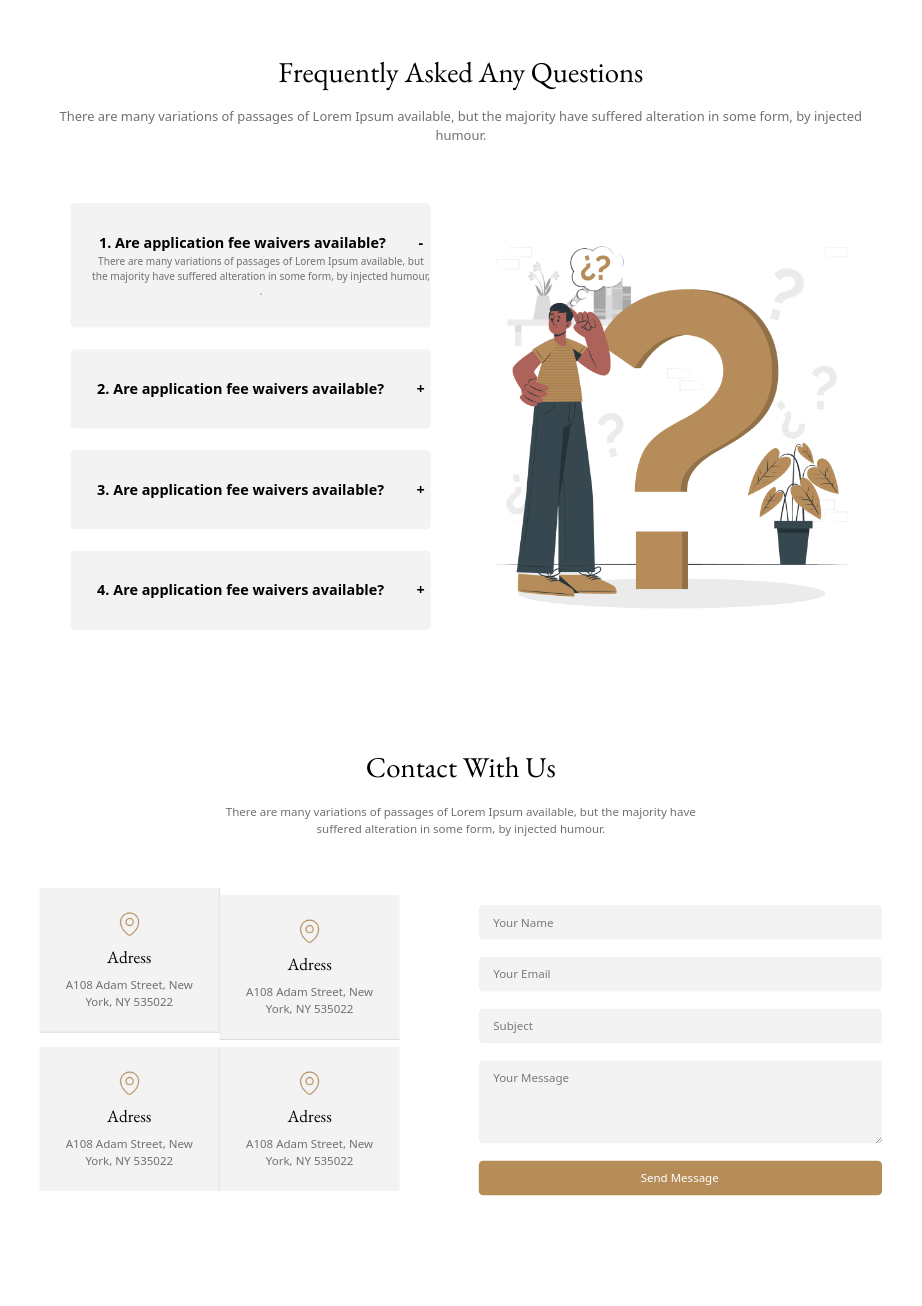
Repository: nahid-hasann/website-6
Page: index.html
An editor plug-in stored every save of this project. The page is shown before and after the next save, followed by the edit.
The browser window is 1280 px wide. The pictures show the whole page, at 72% of full size.

Above is the page before, as saved 2025-07-22 14:24:30.

### index.html
<!DOCTYPE html>
<html lang="en">
<head>
    <meta charset="UTF-8">
    <meta name="viewport" content="width=device-width, initial-scale=1.0">
    <script src="https://cdn.jsdelivr.net/npm/@tailwindcss/browser@4"></script>
    <title>Document</title>
    <link rel="stylesheet" href="style.css">
    <link rel="stylesheet" href="https://cdnjs.cloudflare.com/ajax/libs/font-awesome/6.7.2/css/all.min.css" integrity="sha512-Evv84Mr4kqVGRNSgIGL/F/aIDqQb7xQ2vcrdIwxfjThSH8CSR7PBEakCr51Ck+w+/U6swU2Im1vVX0SVk9ABhg==" crossorigin="anonymous" referrerpolicy="no-referrer" />
</head>
<body>

<header class="hidden">

<div class="flex mx-auto w-[1170px]  justify-between items-center my-[30px] ">
    <div>
        <img src="images/logo2.png" alt="">
    </div>
    <div>
        <ul class="flex gap-[20px] text-[#707070]">
            <li><a href="">Home</a></li>
            <li><a href="">Service<i class="fa-solid fa-angle-right ml-[10px]"></i></a></li>
            <li><a href="">Cases<i class="fa-solid fa-angle-right ml-[10px]"></i></a></li>
            <li><a href="">Blog<i class="fa-solid fa-angle-right ml-[10px]"></i></a></li>
            <li><a href="">Contact us<i class="fa-solid fa-angle-right ml-[10px]"></i></a></li>
        </ul>
    </div>
    <div>
        <button class="bg-[#b68c59] py-[12px] px-[22px] text-white rounded-md" >Free Consultation</button>
    </div>
</div>


<div class="banner-img w-[1170px] h-[550px] mx-auto  flex flex-col items-center justify-center mt-[60px] mb-[130px]">
      <div class="banner-content w-[692px]">
         <h1 class="text-[72px] text-center text-white leading-none">We Provide Effective  Legal Solutions</h1>
       <p class="my-[30px] text-center  text-[#E7E7E7]">There are many variations of passages of Lorem Ipsum available, but the majority have suffered alteration in some form, by injected humour.</p>
       <div class="flex justify-center gap-[40px]">
        <input class="bg-white py-[12px] px-[30px] pr-[70px] w-[500px] rounded-md" type="text" name="" placeholder="Search your services" id="">
        <button class="bg-[#b68c59] py-[12px] px-[22px] text-white rounded-md" >Search</button>
       </div>
      </div>
</div>


</header>


<main>
    <section class="card-section xl:w-[1170px] mx-auto lg:mb-[130px] hidden">
        <div class="card-content">
            <h1 class="eb-garamond-ok text-[40px] text-center ">The Legal Practice Area</h1>
            <p class="text-center text-[#707070] my-[20px]">There are many variations of passages of Lorem Ipsum available, but the majority have <br> suffered alteration in some form, by injected humour.</p>
        </div>

        <div class="card-div mt-[100px] grid grid-cols-3">
            <div class="card py-[70px]  border-r border-[#E7E7E7]  border-b  flex flex-col items-center justify-center text-center">
                  <img src="images/business.png" alt="">
                  <h1 class="text-[32px] my-[15px]">Business Law</h1>
                  <p class="text-[#707070] w-[258px] mb-[15px]">There are many variations of passages of Lorem Ipsum available, but the majority have suffered alteration in some form, by injected humour.</p>
                  <img src="images/Frame.png" alt="">
            </div>

             <div class="card bg-[linear-gradient(to_bottom,_#f3f3f3,_#ffffff)]   py-[70px] border-[#E7E7E7] border-r border-b flex flex-col items-center justify-center text-center">
                  <img src="images/criminal.png" alt="">
                  <h1 class="text-[32px] my-[15px]">Criminal Law</h1>
                  <p class="text-[#707070] w-[258px] mb-[15px]">There are many variations of passages of Lorem Ipsum available, but the majority have suffered alteration in some form, by injected humour.</p>
                  <img src="images/Frame.png" alt="">
            </div>

             <div class="card  py-[70px] border-[#E7E7E7] border-b flex flex-col items-center justify-center text-center">
                  <img src="images/child.png" alt="">
                  <h1 class="text-[32px] my-[15px]">Child Support</h1>
                  <p class="text-[#707070] w-[258px] mb-[15px]">There are many variations of passages of Lorem Ipsum available, but the majority have suffered alteration in some form, by injected humour.</p>
                  <img src="images/Frame.png" alt="">
            </div>

             <div class="card border-r border-[#E7E7E7]  py-[70px] flex flex-col items-center justify-center text-center">
                  <img src="images/education.png" alt="">
                  <h1 class="text-[32px] my-[15px]">Education Law</h1>
                  <p class="text-[#707070] w-[258px] mb-[15px]">There are many variations of passages of Lorem Ipsum available, but the majority have suffered alteration in some form, by injected humour.</p>
                  <img src="images/Frame.png" alt="">
            </div>

             <div class="card border-r border-[#E7E7E7]  py-[70px] flex flex-col items-center justify-center text-center">
                  <img src="images/divorce.png" alt="">
                  <h1 class="text-[32px] my-[15px]">Divorce Law</h1>
                  <p class="text-[#707070] w-[258px] mb-[15px]">There are many variations of passages of Lorem Ipsum available, but the majority have suffered alteration in some form, by injected humour.</p>
                  <img src="images/Frame.png" alt="">
            </div>

             <div class="card  py-[70px] flex flex-col items-center justify-center text-center">
                  <img src="images/tax.png" alt="">
                  <h1 class="text-[32px] my-[15px]">Tax Law</h1>
                  <p class="text-[#707070] w-[258px] mb-[15px]">There are many variations of passages of Lorem Ipsum available, but the majority have suffered alteration in some form, by injected humour.</p>
                  <img src="images/Frame.png" alt="">
            </div>
        </div>
    </section>

    <section class="question-section lg:mb-[130px] xl:w-[1170px] sm:my-[70px] mx-auto">
         <h1 class="eb-garamond-ok xl:text-[40px] lg:text-[30px] sm:text-[25px] text-center">Frequently Asked Any Questions</h1>
         <p class="xl:text-[18px] text-center text-[#707070] mt-[18px] sm:text-[13px] sm:px-[20px] mb-[40px]">There are many variations of passages of Lorem Ipsum available, but the majority have suffered alteration in some form, by injected humour.</p>

         <div class="ques-img lg:flex lg:justify-around lg:items-center lg:mt-[80px] ">
             <div class="lg:w-[45%]">
                 <div class=" bg-[#f3f3f3] pl-[30px] py-[40px] rounded-md mb-[30px] sm:text-center sm:w-[500px] mx-auto">
                    <h1 class="lg:text-[18px] xl:text-[20px] font-extrabold ">1. Are application fee waivers available? <span class="ml-[40px]">-</span> </h1>
                    <p class="text-[#707070] lg:text-[14px]">There are many variations of passages of Lorem Ipsum available, but the majority have suffered alteration in some form, by injected humour, . </p>
                 </div>
                 <div class=" bg-[#f3f3f3] pl-[30px] py-[40px] rounded-md mb-[30px] sm:text-center sm:w-[500px] mx-auto">
                    <h1 class="lg:text-[18px] xl:text-[20px] font-extrabold">2. Are application fee waivers available? <span class="ml-[40px]">+</span> </h1>
                 </div>
                 <div class=" bg-[#f3f3f3] pl-[30px] py-[40px] rounded-md mb-[30px] sm:text-center sm:w-[500px] mx-auto">
                    <h1 class="lg:text-[18px] xl:text-[20px] font-extrabold">3. Are application fee waivers available? <span class="ml-[40px]">+</span> </h1>
                 </div>
                 <div class=" bg-[#f3f3f3] pl-[30px] py-[40px] rounded-md mb-[30px] sm:text-center sm:w-[500px] mx-auto">
                    <h1 class="lg:text-[18px] xl:text-[20px] font-extrabold">4. Are application fee waivers available? <span class="ml-[40px]">+</span> </h1>
                 </div>
             </div>
             <div class="lg:w-[45%]">
                <img src="images/faq.png" alt="" class="max-w-full sm:w-[500px] sm:mx-auto">
             </div>
         </div>
    </section>


    <section class="contact-form-section lg:mb-[130px] xl:w-[1170px] lg:w-[900px] sm:my-[70px] mx-auto">
         <h1 class="eb-garamond-ok text-[40px] text-center ">Contact With Us</h1>
            <p class="text-center text-[#707070] my-[20px]">There are many variations of passages of Lorem Ipsum available, but the majority have <br> suffered alteration in some form, by injected humour.</p>

            <div class="contact lg:grid lg:grid-cols-2 lg:justify-center lg:items-center  lg:gap-x-[50px] sm:flex sm:flex-col sm:justify-center sm:items-center mt-[70px]">
                 <div class="contact-info lg:grid lg:grid-cols-2 sm:w-[500px] sm:flex sm:mb-[30px] sm:justify-center sm:items-center sm:flex-col">
                <div class="bg-[#f3f3f3] p-[30px] sm:mb-[20px] flex flex-col justify-center items-center text-center lg:border-b lg:border-r lg:border-[#CFCFCF]">
                    <img class="mx-auto" src="images/location.png" alt="">
                    <h1 class="eb-garamond-ok text-[24px] my-[8px]">Adress</h1>
                    <p class="text-[#707070]">A108 Adam Street, New York, NY 535022</p>
                </div>
                <div class="bg-[#f3f3f3] p-[30px]  flex flex-col justify-center items-center text-center lg:border-b lg:border-[#CFCFCF]">
                    <img class="mx-auto" src="images/location.png" alt="">
                    <h1 class="eb-garamond-ok text-[24px] my-[8px]">Adress</h1>
                    <p class="text-[#707070]">A108 Adam Street, New York, NY 535022</p>
                </div>
                <div class="bg-[#f3f3f3] p-[30px]  flex flex-col justify-center items-center text-center lg:border-r lg:border-[#CFCFCF]">
                    <img class="mx-auto" src="images/location.png" alt="">
                    <h1 class="eb-garamond-ok text-[24px] my-[8px]">Adress</h1>
                    <p class="text-[#707070]">A108 Adam Street, New York, NY 535022</p>
                </div>
                <div class="bg-[#f3f3f3]  p-[30px] lg:flex lg:flex-col lg:justify-center lg:items-center text-center">
                    <img class="mx-auto" src="images/location.png" alt="">
                    <h1 class="eb-garamond-ok text-[24px] my-[8px]">Adress</h1>
                    <p class="text-[#707070]">A108 Adam Street, New York, NY 535022</p>
                </div>
            </div>
            <div class="contact-form lg:flex lg:flex-col xl:w-[560px] lg:w-[425px] sm:w-[500px] sm:flex sm:flex-col sm:justify-center sm:items-center">
                <input class="w-full bg-[#f3f3f3] py-[12px] pl-[20px] pr-[100px] rounded-md" type="text" name="" placeholder="Your Name" id=""> <br>
                <input class="w-full py-[12px] pl-[20px] pr-[100px] bg-[#f3f3f3] rounded-md" type="email" name="" placeholder="Your Email" id=""> <br>
                <input class="w-full py-[12px] pl-[20px] pr-[100px] bg-[#f3f3f3] rounded-md" type="text" name="" placeholder="Subject" id=""> <br>
                <textarea class="w-full pt-[12px] pb-[55px] pl-[20px] pr-[100px] bg-[#f3f3f3] rounded-md" name="" placeholder="Your Message" id=""></textarea> <br>
                <button class="w-full  pl-[20px]  bg-[#b68c59] py-[12px] px-[22px] text-white rounded-md" >Send Message<button>
            </div>
            </div>
    </section>

</main>



</body>
</html>

### style.css
@import url('https://fonts.googleapis.com/css2?family=EB+Garamond:ital,wght@0,400..800;1,400..800&display=swap');


.eb-garamond-ok {
  font-family: "EB Garamond", serif;
  font-optical-sizing: auto;
  font-style: normal;
}


.banner-img{
    background-image: linear-gradient(rgba(0, 0, 0, 0.5), rgba(0, 0, 0, 0.5)), url('images/banner.png');
}

After the next save:
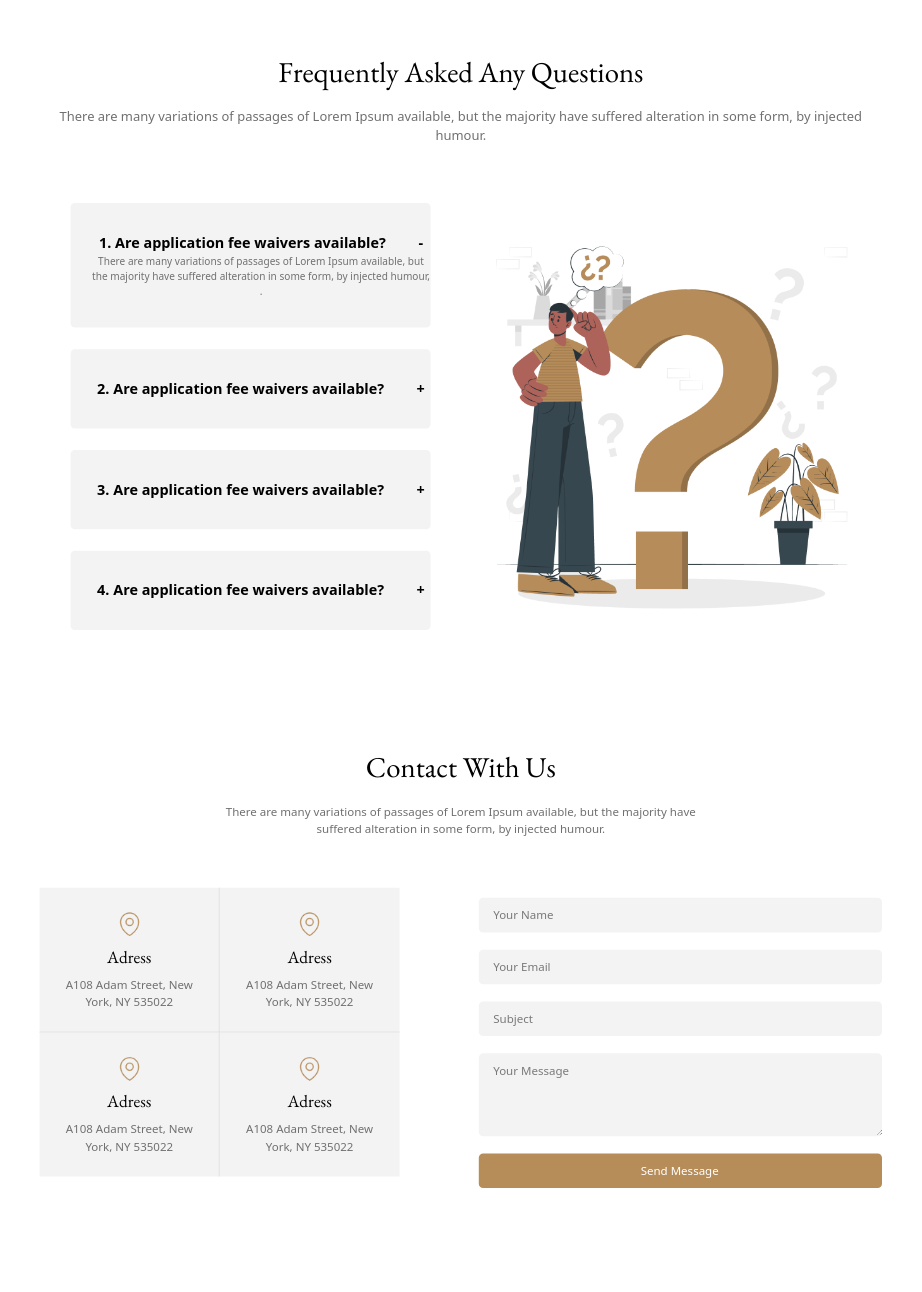
Saved 10 s later.
--- a/index.html
+++ b/index.html
@@ -131,7 +131,7 @@
 
             <div class="contact lg:grid lg:grid-cols-2 lg:justify-center lg:items-center  lg:gap-x-[50px] sm:flex sm:flex-col sm:justify-center sm:items-center mt-[70px]">
                  <div class="contact-info lg:grid lg:grid-cols-2 sm:w-[500px] sm:flex sm:mb-[30px] sm:justify-center sm:items-center sm:flex-col">
-                <div class="bg-[#f3f3f3] p-[30px] sm:mb-[20px] flex flex-col justify-center items-center text-center lg:border-b lg:border-r lg:border-[#CFCFCF]">
+                <div class="bg-[#f3f3f3] p-[30px]  flex flex-col justify-center items-center text-center lg:border-b lg:border-r lg:border-[#CFCFCF]">
                     <img class="mx-auto" src="images/location.png" alt="">
                     <h1 class="eb-garamond-ok text-[24px] my-[8px]">Adress</h1>
                     <p class="text-[#707070]">A108 Adam Street, New York, NY 535022</p>

After the 4 saves that followed:
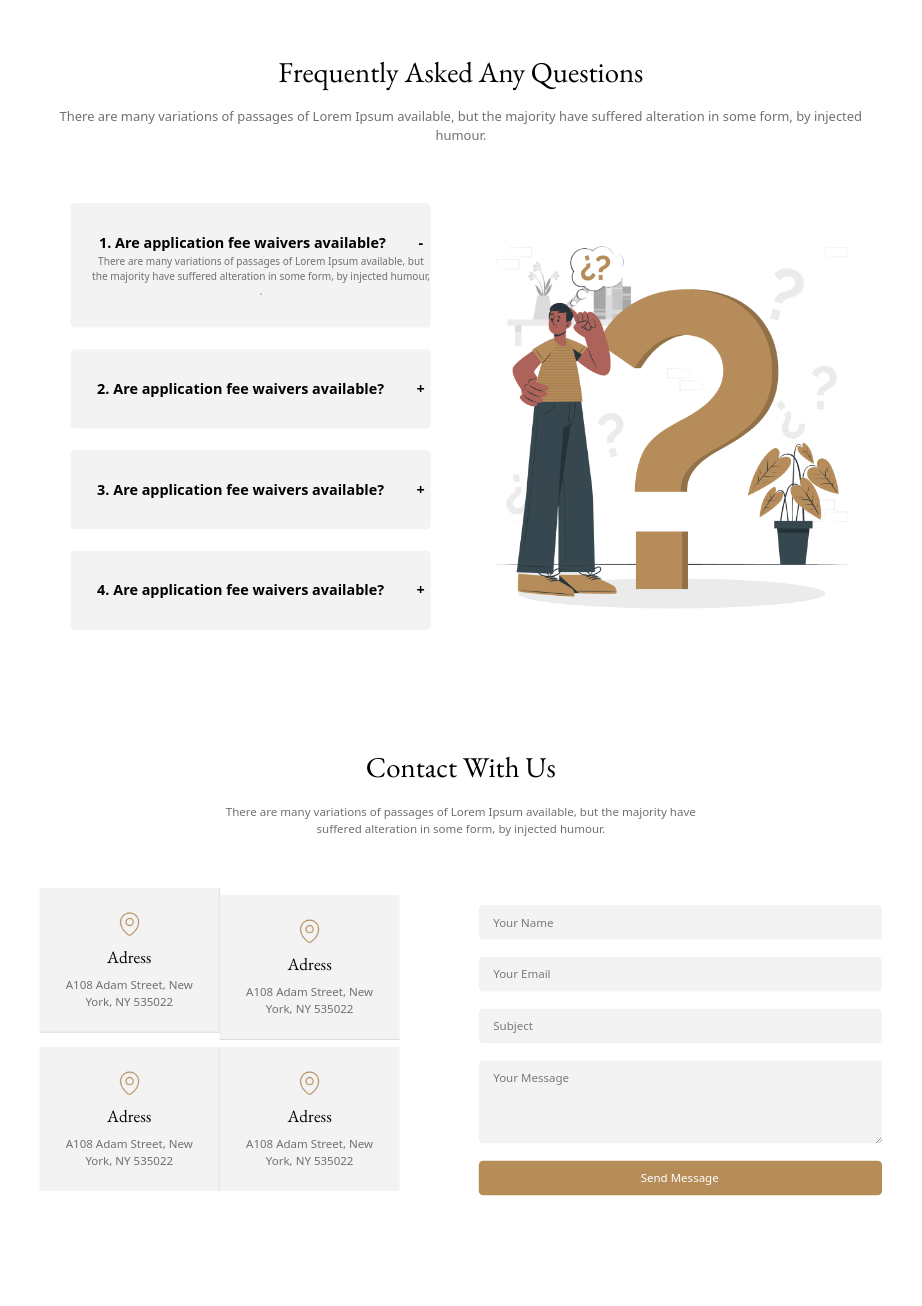
The 4 saves are shown as one change because 1 left the picture as it was and some came seconds apart.
The last was saved 28 s later.
--- a/index.html
+++ b/index.html
@@ -131,7 +131,7 @@
 
             <div class="contact lg:grid lg:grid-cols-2 lg:justify-center lg:items-center  lg:gap-x-[50px] sm:flex sm:flex-col sm:justify-center sm:items-center mt-[70px]">
                  <div class="contact-info lg:grid lg:grid-cols-2 sm:w-[500px] sm:flex sm:mb-[30px] sm:justify-center sm:items-center sm:flex-col">
-                <div class="bg-[#f3f3f3] p-[30px]  flex flex-col justify-center items-center text-center lg:border-b lg:border-r lg:border-[#CFCFCF]">
+                <div class="bg-[#f3f3f3] p-[30px] sm:mb-5 flex flex-col justify-center items-center text-center lg:border-b lg:border-r lg:border-[#CFCFCF]">
                     <img class="mx-auto" src="images/location.png" alt="">
                     <h1 class="eb-garamond-ok text-[24px] my-[8px]">Adress</h1>
                     <p class="text-[#707070]">A108 Adam Street, New York, NY 535022</p>
